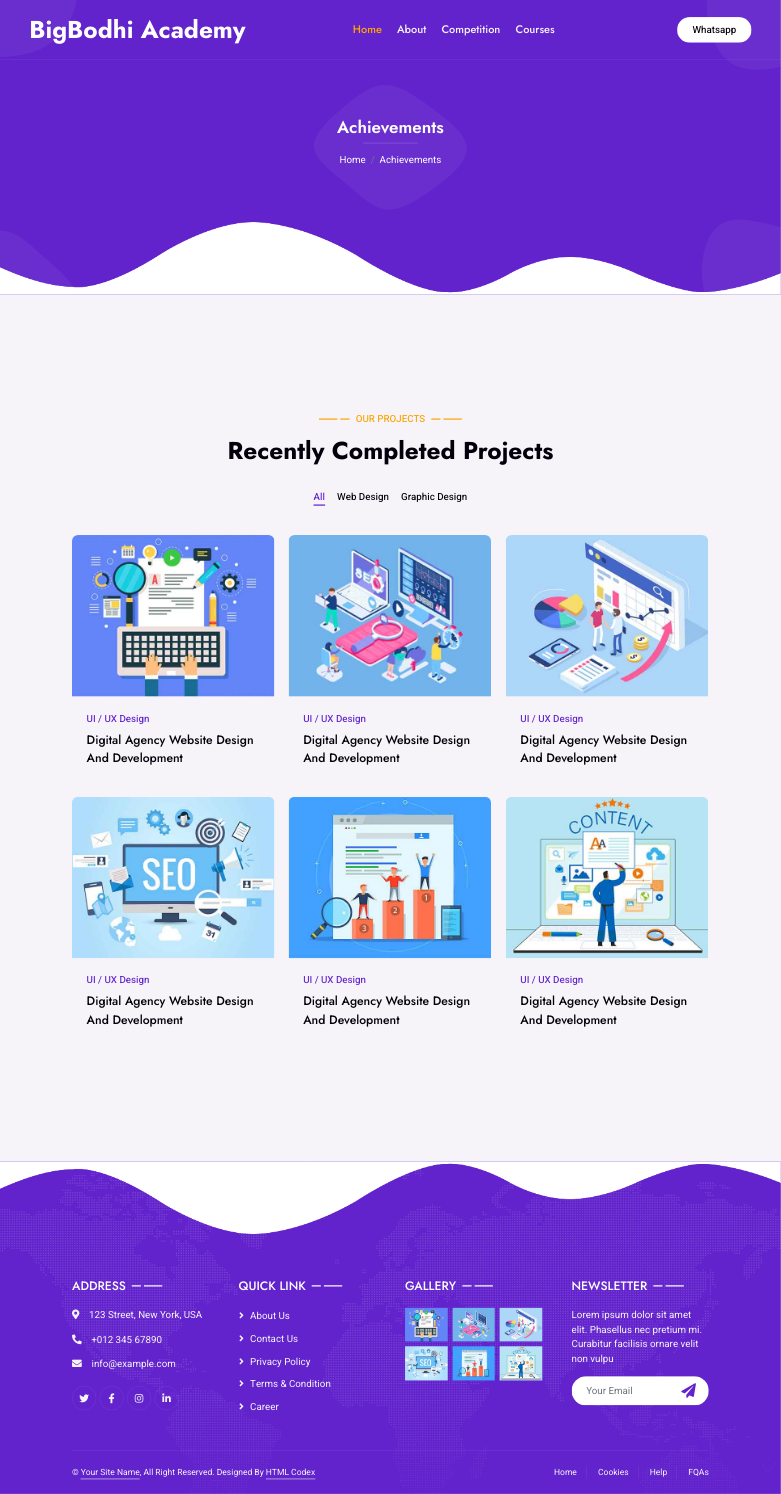
Repository: sabithaece/sab-006
Page: achive.html
The author's editor kept a copy of each file at every save. The page is drawn from the files as they stood at one save, then again after the next save.
The browser window is 1280 px wide. The pictures show the whole page, at 61% of full size.
Some web libraries are served in a nearby version.

Above is the page before, as saved 2023-04-07 16:42:41.

### achive.html
<!DOCTYPE html>
<html lang="en">

<head>
    <meta charset="utf-8">
    <title>BigBodhi Academy</title>
    <meta content="width=device-width, initial-scale=1.0" name="viewport">
    <meta content="" name="keywords">
    <meta content="" name="description">

    <!-- Favicon -->
    <link href="img/favicon.ico" rel="icon">

    <!-- Google Web Fonts -->
    <link rel="preconnect" href="https://fonts.googleapis.com">
    <link rel="preconnect" href="https://fonts.gstatic.com" crossorigin>
    <link href="https://fonts.googleapis.com/css2?family=Heebo:wght@400;500&family=Jost:wght@500;600;700&display=swap" rel="stylesheet">

    <!-- Icon Font Stylesheet -->
    <link href="https://cdnjs.cloudflare.com/ajax/libs/font-awesome/5.10.0/css/all.min.css" rel="stylesheet">
    <link href="https://cdn.jsdelivr.net/npm/bootstrap-icons@1.4.1/font/bootstrap-icons.css" rel="stylesheet">

    <!-- Libraries Stylesheet -->
    <link href="lib/animate/animate.min.css" rel="stylesheet">
    <link href="lib/owlcarousel/assets/owl.carousel.min.css" rel="stylesheet">
    <link href="lib/lightbox/css/lightbox.min.css" rel="stylesheet">

    <!-- Customized Bootstrap Stylesheet -->
    <link href="css/bootstrap.min.css" rel="stylesheet">

    <!-- Template Stylesheet -->
    <link href="css/style.css" rel="stylesheet">
</head>

<body>
    <div class="container-xxl bg-white p-0">
        <!-- Spinner Start -->
        <div id="spinner" class="show bg-white position-fixed translate-middle w-100 vh-100 top-50 start-50 d-flex align-items-center justify-content-center">
            <div class="spinner-grow text-primary" style="width: 3rem; height: 3rem;" role="status">
                <span class="sr-only">Loading...</span>
            </div>
        </div>
        <!-- Spinner End -->


        <!-- Navbar & Hero Start -->
        <div class="container-xxl position-relative p-0">
            <nav class="navbar navbar-expand-lg navbar-light px-4 px-lg-5 py-3 py-lg-0">
                <a href="" class="navbar-brand p-0">
                    <h1 class="m-0">BigBodhi Academy </h1>
                    <!-- <img src="img/logo.png" alt="Logo"> -->
                </a>
                <button class="navbar-toggler" type="button" data-bs-toggle="collapse" data-bs-target="#navbarCollapse">
                    <span class="fa fa-bars"></span>
                </button>
                <div class="collapse navbar-collapse" id="navbarCollapse">
                    <div class="navbar-nav mx-auto py-0">
                        <a href="index.html" class="nav-item nav-link active">Home</a>
                        <a href="about.html" class="nav-item nav-link">About</a>
                        <a href="competition.html" class="nav-item nav-link">Competition</a>
                        <a href="Courses.html" class="nav-item nav-link">Courses</a>
                        <!-- <a href="contact.html" class="nav-item nav-link">Contact</a> -->
                        <div class="nav-item dropdown">
                            <!-- <a href="#" class="nav-link dropdown-toggle" data-bs-toggle="dropdown">Pages</a> -->
                            <!-- <div class="dropdown-menu m-0"> -->
                                <!-- <a href="team.html" class="dropdown-item">Our Team</a> -->
                                <!-- <a href="testimonial.html" class="dropdown-item">Testimonial</a> -->
                                <!-- <a href="404.html" class="dropdown-item">404 Page</a> -->
                            </div>
                        </div>
                        <!-- <a href="contact.html" class="nav-item nav-link">Contact</a> -->
                    </div>
                    <a href="https://wa.me/+919841013505" class="btn rounded-pill py-2 px-4 ms-3 d-none d-lg-block">Whatsapp</a>
                </div>
            </nav>

            <div class="container-xxl py-5 bg-primary hero-header">
                <div class="container my-5 py-5 px-lg-5">
                    <div class="row g-5 py-5">
                        <div class="col-12 text-center">
                            <h3 class="text-white animated slideInDown">Achievements</h3>
                            <hr class="bg-white mx-auto mt-0" style="width: 90px;">
                            <nav aria-label="breadcrumb">
                                <ol class="breadcrumb justify-content-center">
                                    <li class="breadcrumb-item"><a class="text-white" href="#">Home</a></li>

                                    <li class="breadcrumb-item text-white active" aria-current="page">Achievements</li>
                                </ol>
                            </nav>
                        </div>
                    </div>
                </div>
            </div>
        </div>
        <!-- Navbar & Hero End -->


        <!-- Projects Start -->
        <div class="container-xxl py-5">
            <div class="container py-5 px-lg-5">
                <div class="wow fadeInUp" data-wow-delay="0.1s">
                    <p class="section-title text-secondary justify-content-center"><span></span>Our Projects<span></span></p>
                    <h1 class="text-center mb-5">Recently Completed Projects</h1>
                </div>
                <div class="row mt-n2 wow fadeInUp" data-wow-delay="0.3s">
                    <div class="col-12 text-center">
                        <ul class="list-inline mb-5" id="portfolio-flters">
                            <li class="mx-2 active" data-filter="*">All</li>
                            <li class="mx-2" data-filter=".first">Web Design</li>
                            <li class="mx-2" data-filter=".second">Graphic Design</li>
                        </ul>
                    </div>
                </div>
                <div class="row g-4 portfolio-container">
                    <div class="col-lg-4 col-md-6 portfolio-item first wow fadeInUp" data-wow-delay="0.1s">
                        <div class="rounded overflow-hidden">
                            <div class="position-relative overflow-hidden">
                                <img class="img-fluid w-100" src="img/portfolio-1.jpg" alt="">
                                <div class="portfolio-overlay">
                                    <a class="btn btn-square btn-outline-light mx-1" href="img/portfolio-1.jpg" data-lightbox="portfolio"><i class="fa fa-eye"></i></a>
                                    <a class="btn btn-square btn-outline-light mx-1" href=""><i class="fa fa-link"></i></a>
                                </div>
                            </div>
                            <div class="bg-light p-4">
                                <p class="text-primary fw-medium mb-2">UI / UX Design</p>
                                <h5 class="lh-base mb-0">Digital Agency Website Design And Development</a>
                            </div>
                        </div>
                    </div>
                    <div class="col-lg-4 col-md-6 portfolio-item second wow fadeInUp" data-wow-delay="0.3s">
                        <div class="rounded overflow-hidden">
                            <div class="position-relative overflow-hidden">
                                <img class="img-fluid w-100" src="img/portfolio-2.jpg" alt="">
                                <div class="portfolio-overlay">
                                    <a class="btn btn-square btn-outline-light mx-1" href="img/portfolio-2.jpg" data-lightbox="portfolio"><i class="fa fa-eye"></i></a>
                                    <a class="btn btn-square btn-outline-light mx-1" href=""><i class="fa fa-link"></i></a>
                                </div>
                            </div>
                            <div class="bg-light p-4">
                                <p class="text-primary fw-medium mb-2">UI / UX Design</p>
                                <h5 class="lh-base mb-0">Digital Agency Website Design And Development</a>
                            </div>
                        </div>
                    </div>
                    <div class="col-lg-4 col-md-6 portfolio-item first wow fadeInUp" data-wow-delay="0.5s">
                        <div class="rounded overflow-hidden">
                            <div class="position-relative overflow-hidden">
                                <img class="img-fluid w-100" src="img/portfolio-3.jpg" alt="">
                                <div class="portfolio-overlay">
                                    <a class="btn btn-square btn-outline-light mx-1" href="img/portfolio-3.jpg" data-lightbox="portfolio"><i class="fa fa-eye"></i></a>
                                    <a class="btn btn-square btn-outline-light mx-1" href=""><i class="fa fa-link"></i></a>
                                </div>
                            </div>
                            <div class="bg-light p-4">
                                <p class="text-primary fw-medium mb-2">UI / UX Design</p>
                                <h5 class="lh-base mb-0">Digital Agency Website Design And Development</a>
                            </div>
                        </div>
                    </div>
                    <div class="col-lg-4 col-md-6 portfolio-item second wow fadeInUp" data-wow-delay="0.1s">
                        <div class="rounded overflow-hidden">
                            <div class="position-relative overflow-hidden">
                                <img class="img-fluid w-100" src="img/portfolio-4.jpg" alt="">
                                <div class="portfolio-overlay">
                                    <a class="btn btn-square btn-outline-light mx-1" href="img/portfolio-4.jpg" data-lightbox="portfolio"><i class="fa fa-eye"></i></a>
                                    <a class="btn btn-square btn-outline-light mx-1" href=""><i class="fa fa-link"></i></a>
                                </div>
                            </div>
                            <div class="bg-light p-4">
                                <p class="text-primary fw-medium mb-2">UI / UX Design</p>
                                <h5 class="lh-base mb-0">Digital Agency Website Design And Development</a>
                            </div>
                        </div>
                    </div>
                    <div class="col-lg-4 col-md-6 portfolio-item first wow fadeInUp" data-wow-delay="0.3s">
                        <div class="rounded overflow-hidden">
                            <div class="position-relative overflow-hidden">
                                <img class="img-fluid w-100" src="img/portfolio-5.jpg" alt="">
                                <div class="portfolio-overlay">
                                    <a class="btn btn-square btn-outline-light mx-1" href="img/portfolio-5.jpg" data-lightbox="portfolio"><i class="fa fa-eye"></i></a>
                                    <a class="btn btn-square btn-outline-light mx-1" href=""><i class="fa fa-link"></i></a>
                                </div>
                            </div>
                            <div class="bg-light p-4">
                                <p class="text-primary fw-medium mb-2">UI / UX Design</p>
                                <h5 class="lh-base mb-0">Digital Agency Website Design And Development</a>
                            </div>
                        </div>
                    </div>
                    <div class="col-lg-4 col-md-6 portfolio-item second wow fadeInUp" data-wow-delay="0.5s">
                        <div class="rounded overflow-hidden">
                            <div class="position-relative overflow-hidden">
                                <img class="img-fluid w-100" src="img/portfolio-6.jpg" alt="">
                                <div class="portfolio-overlay">
                                    <a class="btn btn-square btn-outline-light mx-1" href="img/portfolio-6.jpg" data-lightbox="portfolio"><i class="fa fa-eye"></i></a>
                                    <a class="btn btn-square btn-outline-light mx-1" href=""><i class="fa fa-link"></i></a>
                                </div>
                            </div>
                            <div class="bg-light p-4">
                                <p class="text-primary fw-medium mb-2">UI / UX Design</p>
                                <h5 class="lh-base mb-0">Digital Agency Website Design And Development</a>
                            </div>
                        </div>
                    </div>
                </div>
            </div>
        </div>
        <!-- Projects End -->


        <!-- Footer Start -->
        <div class="container-fluid bg-primary text-light footer wow fadeIn" data-wow-delay="0.1s">
            <div class="container py-5 px-lg-5">
                <div class="row g-5">
                    <div class="col-md-6 col-lg-3">
                        <p class="section-title text-white h5 mb-4">Address<span></span></p>
                        <p><i class="fa fa-map-marker-alt me-3"></i>123 Street, New York, USA</p>
                        <p><i class="fa fa-phone-alt me-3"></i>+012 345 67890</p>
                        <p><i class="fa fa-envelope me-3"></i>info@example.com</p>
                        <div class="d-flex pt-2">
                            <a class="btn btn-outline-light btn-social" href=""><i class="fab fa-twitter"></i></a>
                            <a class="btn btn-outline-light btn-social" href=""><i class="fab fa-facebook-f"></i></a>
                            <a class="btn btn-outline-light btn-social" href=""><i class="fab fa-instagram"></i></a>
                            <a class="btn btn-outline-light btn-social" href=""><i class="fab fa-linkedin-in"></i></a>
                        </div>
                    </div>
                    <div class="col-md-6 col-lg-3">
                        <p class="section-title text-white h5 mb-4">Quick Link<span></span></p>
                        <a class="btn btn-link" href="">About Us</a>
                        <a class="btn btn-link" href="">Contact Us</a>
                        <a class="btn btn-link" href="">Privacy Policy</a>
                        <a class="btn btn-link" href="">Terms & Condition</a>
                        <a class="btn btn-link" href="">Career</a>
                    </div>
                    <div class="col-md-6 col-lg-3">
                        <p class="section-title text-white h5 mb-4">Gallery<span></span></p>
                        <div class="row g-2">
                            <div class="col-4">
                                <img class="img-fluid" src="img/portfolio-1.jpg" alt="Image">
                            </div>
                            <div class="col-4">
                                <img class="img-fluid" src="img/portfolio-2.jpg" alt="Image">
                            </div>
                            <div class="col-4">
                                <img class="img-fluid" src="img/portfolio-3.jpg" alt="Image">
                            </div>
                            <div class="col-4">
                                <img class="img-fluid" src="img/portfolio-4.jpg" alt="Image">
                            </div>
                            <div class="col-4">
                                <img class="img-fluid" src="img/portfolio-5.jpg" alt="Image">
                            </div>
                            <div class="col-4">
                                <img class="img-fluid" src="img/portfolio-6.jpg" alt="Image">
                            </div>
                        </div>
                    </div>
                    <div class="col-md-6 col-lg-3">
                        <p class="section-title text-white h5 mb-4">Newsletter<span></span></p>
                        <p>Lorem ipsum dolor sit amet elit. Phasellus nec pretium mi. Curabitur facilisis ornare velit non vulpu</p>
                        <div class="position-relative w-100 mt-3">
                            <input class="form-control border-0 rounded-pill w-100 ps-4 pe-5" type="text" placeholder="Your Email" style="height: 48px;">
                            <button type="button" class="btn shadow-none position-absolute top-0 end-0 mt-1 me-2"><i class="fa fa-paper-plane text-primary fs-4"></i></button>
                        </div>
                    </div>
                </div>
            </div>
            <div class="container px-lg-5">
                <div class="copyright">
                    <div class="row">
                        <div class="col-md-6 text-center text-md-start mb-3 mb-md-0">
                            &copy; <a class="border-bottom" href="#">Your Site Name</a>, All Right Reserved.

							<!--/*** This template is free as long as you keep the footer author’s credit link/attribution link/backlink. If you'd like to use the template without the footer author’s credit link/attribution link/backlink, you can purchase the Credit Removal License from "https://htmlcodex.com/credit-removal". Thank you for your support. ***/-->
							Designed By <a class="border-bottom" href="https://htmlcodex.com">HTML Codex</a>
                        </div>
                        <div class="col-md-6 text-center text-md-end">
                            <div class="footer-menu">
                                <a href="">Home</a>
                                <a href="">Cookies</a>
                                <a href="">Help</a>
                                <a href="">FQAs</a>
                            </div>
                        </div>
                    </div>
                </div>
            </div>
        </div>
        <!-- Footer End -->


        <!-- Back to Top -->
        <a href="#" class="btn btn-lg btn-secondary btn-lg-square back-to-top"><i class="bi bi-arrow-up"></i></a>
    </div>

    <!-- JavaScript Libraries -->
    <script src="https://code.jquery.com/jquery-3.4.1.min.js"></script>
    <script src="https://cdn.jsdelivr.net/npm/bootstrap@5.0.0/dist/js/bootstrap.bundle.min.js"></script>
    <script src="lib/wow/wow.min.js"></script>
    <script src="lib/easing/easing.min.js"></script>
    <script src="lib/waypoints/waypoints.min.js"></script>
    <script src="lib/counterup/counterup.min.js"></script>
    <script src="lib/owlcarousel/owl.carousel.min.js"></script>
    <script src="lib/isotope/isotope.pkgd.min.js"></script>
    <script src="lib/lightbox/js/lightbox.min.js"></script>

    <!-- Template Javascript -->
    <script src="js/main.js"></script>
</body>

</html>

Loaded but not shown: lib/animate/animate.min.css (library); lib/owlcarousel/assets/owl.carousel.min.css (common file); lib/lightbox/css/lightbox.min.css (common file); css/bootstrap.min.css (library); lib/wow/wow.min.js (library); lib/easing/easing.min.js (common file); lib/waypoints/waypoints.min.js (library); lib/counterup/counterup.min.js (common file); lib/owlcarousel/owl.carousel.min.js (library); lib/isotope/isotope.pkgd.min.js (library); lib/lightbox/js/lightbox.min.js (library); js/main.js (93 lines, source omitted); css/style.css (591 lines, source omitted)

After the next save:
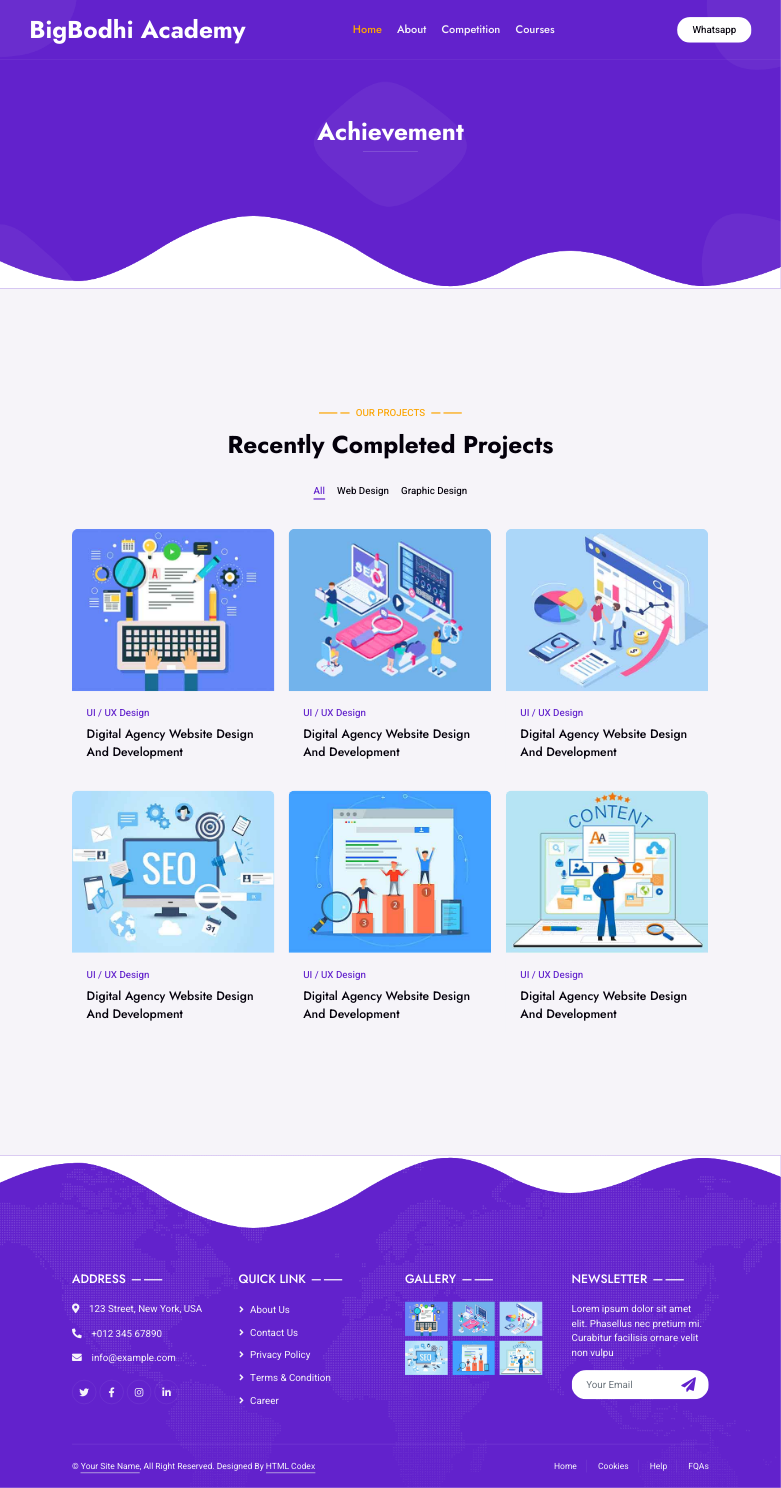
Saved 54 s later.
--- a/achive.html
+++ b/achive.html
@@ -78,13 +78,13 @@
                 <div class="container my-5 py-5 px-lg-5">
                     <div class="row g-5 py-5">
                         <div class="col-12 text-center">
-                            <h3 class="text-white animated slideInDown">Achievements</h3>
+                            <h1 class="text-white animated slideInDown">Achievement</h1>
                             <hr class="bg-white mx-auto mt-0" style="width: 90px;">
                             <nav aria-label="breadcrumb">
                                 <ol class="breadcrumb justify-content-center">
-                                    <li class="breadcrumb-item"><a class="text-white" href="#">Home</a></li>
-
-                                    <li class="breadcrumb-item text-white active" aria-current="page">Achievements</li>
+    <!--                                 <li class="breadcrumb-item"><a class="text-white" href="#">Home</a></li> -->
+    <!--                                 <li class="breadcrumb-item"><a class="text-white" href="#">Pages</a></li> -->
+    <!--                                 <li class="breadcrumb-item text-white active" aria-current="page">Contact</li> -->
                                 </ol>
                             </nav>
                         </div>
